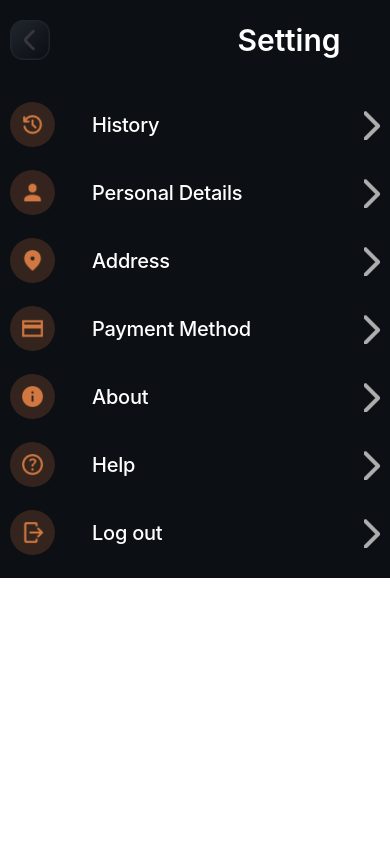
Repository: nguoilaisaochoi/App-coffe
Screen: /
An editor plug-in stored every save of this project. The screen is shown before and after the next save, followed by the edit.
The app was drawn by React Native's web renderer in a window 390 px wide. The project was rebuilt for these pictures with package versions that can differ from the ones it lists, and the page was loaded fresh each time.

Above is the screen before, as saved 2024-01-13 09:13:19.

After the next save:
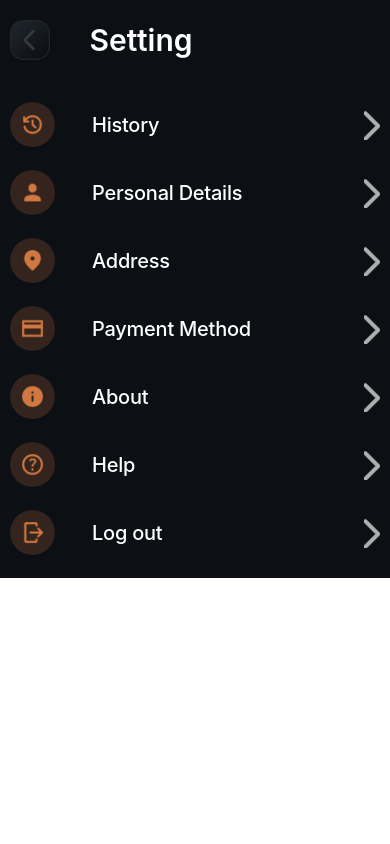
Saved 5 s later.
--- a/src/Setting.js
+++ b/src/Setting.js
@@ -141,7 +141,7 @@ const mystyle = StyleSheet.create({
     fontStyle: 'normal',
     fontWeight: '600',
     lineHeight: 36,
-    left:'20%',
+    right:'20%',
   },
   setting: {
     display: 'flex',
